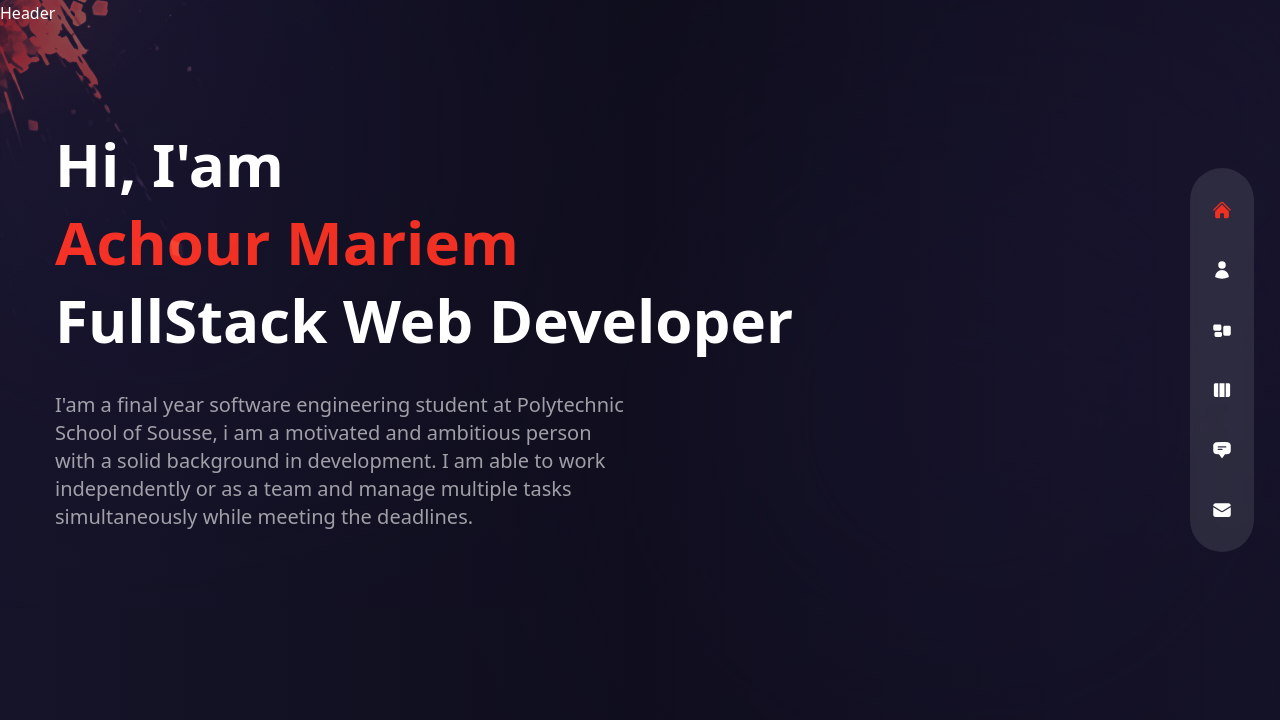
Repository: AchourMaryem/My-personal-portfolio
Page: /
These files come from the project's save history. The page is drawn as it stood at one moment and after a run of saves; the edit follows.
The browser window is 1280 px wide. The pictures show the whole page.
The project was rebuilt for these pictures with package versions that can differ from the ones it lists, and the page was loaded fresh each time. The framework's server and built-in components were replaced by stand-ins that run in the browser. Also part of the build but not shown: next.config.js, components/ParticlesContainer.js, components/ProjectsBtn.js, components/Avatar.js.

Above is the page before, as saved 2023-09-21 16:17:04.

### pages/_app.js
import '../styles/globals.css';
import Layout from '../components/Layout';
import Transition from '../components/Transition';
import { useRouter } from 'next/router';
import { AnimatePresence, motion } from 'framer-motion';

function MyApp({ Component, pageProps }) {
  const router = useRouter();
  return(
  <Layout>
    <AnimatePresence mode='wait'>
      <motion.div key={router.route} className='h-full'>
        <Transition />
        <Component {...pageProps} />
      </motion.div>
  </AnimatePresence>
  </Layout>
  );
}

export default MyApp;

### pages/index.js
import Image from "next/image";
import ParticlesContainer from '../components/ParticlesContainer';
import ProjectsBtn from '../components/ProjectsBtn';
import Avatar from '../components/Avatar';
import { motion } from 'framer-motion';
import { fadeIn } from '../variants';

const Home = () => {
  return (

    <div className='bg-primary/60 h-full'>
      {/* text */}
      <div className="w-full h-full bg-gradient-to-r from-primary/10 via-black/30 to-black/10 " >
        <div className="text-center flex flex-col justify-center xl:pt-50 xl:text-left h-full container mx-auto">
          {/* titre */}
          <h1 className="h1">
            Hi, I'am {''}
            <br></br> <span className="text-accent">Achour Mariem</span>
            <br></br>
            FullStack Web Developer
          </h1>
          <p className='max-w-sm xl:max-w-xl mx-auto xl:mx-0 mb-10 xl:mb-16 text-xl' >
            I'am a final year software engineering student at Polytechnic School of Sousse, i am a motivated and ambitious person with a solid background in development. I am able to work independently or as a team and manage multiple tasks simultaneously while meeting the deadlines.
          </p>
        </div>
      </div>
      {/* image */}
      <div className="w-[120px] h-full absolute right-0  bottom-0">
        <div className="bg-none xl:bg-explosion xl:bg-cover xl:bg-right xl:bg-no-re"></div>
      </div>
    </div>
  );
};

export default Home;

### styles/globals.css
@tailwind base;
@tailwind components;
@tailwind utilities;

.translate-z-0 {
  transform: translateZ(0px);
}
.swiper-horizontal > .swiper-pagination-bullets .swiper-pagination-bullet,
.swiper-pagination-horizontal.swiper-pagination-bullets
  .swiper-pagination-bullet {
  background-color: #f13024;
}

.swiper-button-next:after,
.swiper-button-prev:after,
.swiper-button-next:after,
.swiper-rtl .swiper-button-prev:after {
  color: #f13024;
}

@layer base {
  body {
    @apply bg-secondary overflow-hidden leading-relaxed;
  }
  .page {
    @apply w-full h-screen overflow-hidden;
  }
  .h1 {
    @apply text-[35px] leading-tight md:text-[60px] md:leading-[1.3] mb-8 font-semibold;
  }
  .h2 {
    @apply text-[35px] leading-tight md:text-[54px] md:leading-[1.3] mb-4 font-semibold;
  }
  p {
    @apply leading-[1.8] text-white/60 font-light;
  }
  .btn,
  .input {
    @apply h-[52px];
  }
  .input {
    @apply w-full h-[52px] rounded-lg pl-6 capitalize;
  }
  .input,
  .textarea {
    @apply bg-transparent outline-none focus:ring-1 focus:ring-accent border border-white/20 placeholder:text-white/30 placeholder:font-light;
  }
  .textarea {
    @apply w-full h-[180px] p-6 capitalize rounded-lg resize-none;
  }
  .scrollable-content {
    /* Modifier la couleur de la barre de défilement en gris */
    scrollbar-width: thin;
    scrollbar-color: gray gray; /* Couleur de la barre de défilement et du track (fond) */
  }

  .scrollable-content::-webkit-scrollbar {
    width: 6px; /* Largeur de la barre de défilement */
  }

  .scrollable-content::-webkit-scrollbar-thumb {
    background-color: gray; /* Couleur de la barre de défilement */
  }

}

### components/Layout.js
import {Sora} from '@next/font/google'


const sora = Sora({
  subsets:['latin'],
  variable:'--font-sora',
  weight:['100','200','300','400','500','600','700','800'],
});
import Nav from '../components/Nav'
import Header from '../components/Header'
import TopLeftImg from '../components/TopLeftImg'

const Layout = ({children}) => {
  return <div className={'page bg-site text-white bg-cover bg-no-repeat ${sora.variable} font-sora relative '}>
   <TopLeftImg />
    <Nav />
    <Header />
    {children}
  </div>;
};

export default Layout;

### components/Transition.js
import {motion} from 'framer-motion';

const transitionVariants = {
  initial: {
    x: '100%',
    width: '100%',
  },
  animate: {
    x: '0%',
    width: '0%',
  },
  exit: {
    x: ['0%', '100%'],
    width: ['0%', '100%'],
  },
};

const Transition = () => {
  return (
    <>
      <motion.div
        className='fixed top-0 bottom-0 right-full w-screen h-screen z-30 bg-[#2e2257]'
        variants={transitionVariants}
        initial='initial'
        animate='animate'
        exit='exit'
        transition={{ delay: 0.2, duration: 0.6, ease: 'easeInOut' }}
      >
      </motion.div>
      <motion.div
        className='fixed top-0 bottom-0 right-full w-screen h-screen z-20 bg-[#3b2d71]'
        variants={transitionVariants}
        initial='initial'
        animate='animate'
        exit='exit'
        transition={{ delay: 0.4, duration: 0.6, ease: 'easeInOut' }}
      >
      </motion.div>
      <motion.div
        className='fixed top-0 bottom-0 right-full w-screen h-screen z-10 bg-[#4b3792]'
        variants={transitionVariants}
        initial='initial'
        animate='animate'
        exit='exit'
        transition={{ delay: 0.6, duration: 0.6, ease: 'easeInOut' }}
      >
      </motion.div>
    </>
  );
};

export default Transition;

### components/Nav.js
// icons
import {
  HiHome,
  HiUser,
  HiViewColumns,
  HiRectangleGroup,
  HiChatBubbleBottomCenterText,
  HiEnvelope,
} from 'react-icons/hi2';

// nav data
export const navData = [
  { name: 'home', path: '/', icon: <HiHome /> },
  { name: 'about', path: '/about', icon: <HiUser /> },
  { name: 'services', path: '/services', icon: <HiRectangleGroup /> },
  { name: 'work', path: '/work', icon: <HiViewColumns /> },
  {
    name: 'testimonials',
    path: '/testimonials',
    icon: <HiChatBubbleBottomCenterText />,
  },
  {
    name: 'contact',
    path: '/contact',
    icon: <HiEnvelope />,
  },
];
import Link from 'next/link';
import { useRouter } from 'next/router';
const Nav = () => {
  const router = useRouter();
  const pathname = router.pathname;
  return (
    <nav className='flex flex-col items-center xl:justify-center gap-y-4 fixed h-max bottom-0 mt-auto xl:right-[2%] z-50 top-0 w-full xl:w-16 xl:max-w-md xl:h-screen' >
      {/*inner*/}
      <div className='flex w-full xl:flex-col items-center justify-between xl:justify-center gap-y-10 px-4 md:px-40 xl:px-0 h-[80px] xl:h-max py-8 bg-white/10 backdrop-blur-sm text-3xl xl:text-xl xl:rounded-full '>
        {navData.map((link, index) => {
         return(
          <Link
          className={`${link.path === pathname && 'text-accent'} relative flex items-center group hover:text-accent transition-all duration-300`}
          href={link.path}
          key={index}
          >

          {/* tooltip */}
          <div className='absolute pr-14 right-0 hidden xl:group-hover:flex'>
          <div className='bg-white relative flex text-primary itemscenter p-[6px] rounded-[3px]'>
          <div className='text-[12px] leading-none font-semibold capitalize'>
            {link.name}
            </div>
         {/* triangle */}
         <div className='border-solid border-l-white border-l-8 border-y-transparent border-y-[6px] border-r-0 absolute -right-2'></div>

          </div>
          </div>
         <div> {link.icon}</div>

        </Link>
        );
})}
      </div>
    </nav>
  );
};

export default Nav;

### components/TopLeftImg.js
import Image from "next/image";
const TopLeftImg = () => {
  return <div className="absolute left-0 top-0 mix-blend-color-dodge z-10 w-[200px] xl:w-[400px] opacity-50">
    <Image src='/top-left-img.png' width={400} height={400}  alt=""/>
  </div>;
};

export default TopLeftImg;

Loaded but not shown: variants.js (common file); components/Header.js (common file); tailwind.config.js (common file)

After the next 4 saves:
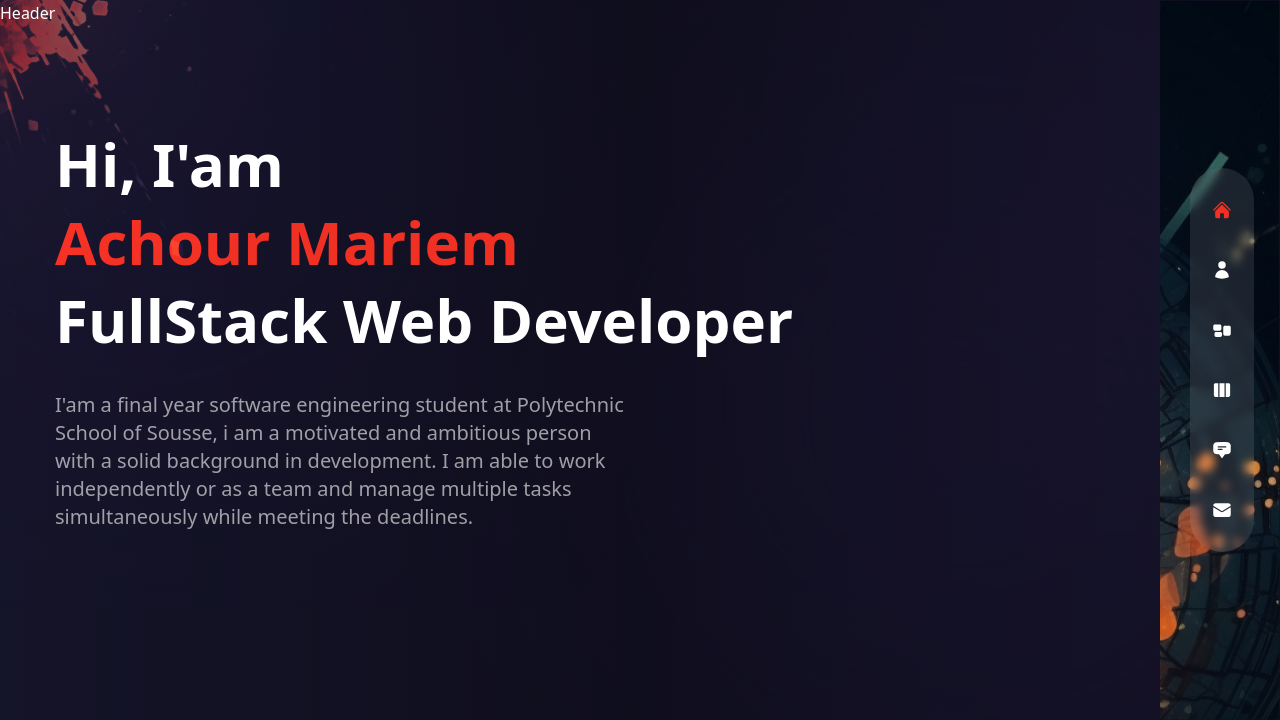
The 4 saves are shown as one change because they came seconds apart.
The last was saved 31 s later.
--- a/pages/index.js
+++ b/pages/index.js
@@ -26,7 +26,7 @@ const Home = () => {
       </div>
       {/* image */}
       <div className="w-[120px] h-full absolute right-0  bottom-0">
-        <div className="bg-none xl:bg-explosion xl:bg-cover xl:bg-right xl:bg-no-re"></div>
+        <div className="bg-none xl:bg-explosion xl:bg-cover xl:bg-right xl:bg-no-repeat w-full h-full"></div>
       </div>
     </div>
   );
